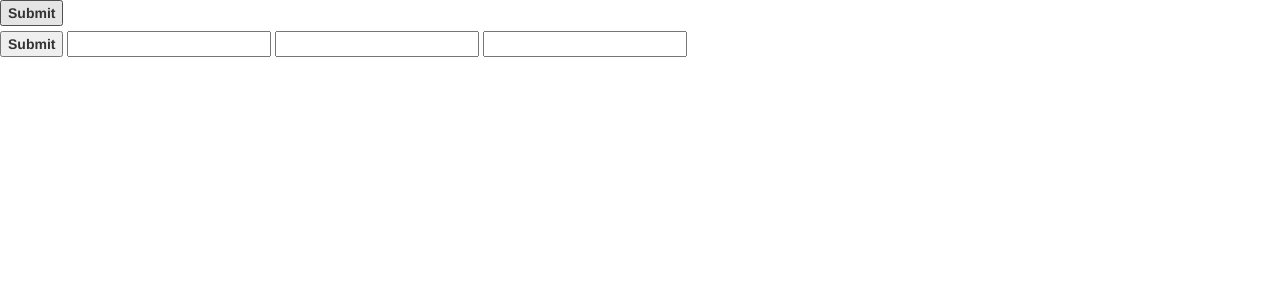
Repository: ManojAndroid/WellcomeToAndroidApp
Page: AddressBook_App/Bootstrap_Project/WebContent/index.html
These files come from the project's save history. The page is drawn as it stood at one moment and after the next save; the edit follows.
The browser window is 1280 px wide. The pictures show the whole page.

Above is the page before, as saved 2017-04-18 11:24:23.
Console error (its wording comes from the project's code and is left out).

After the next save:
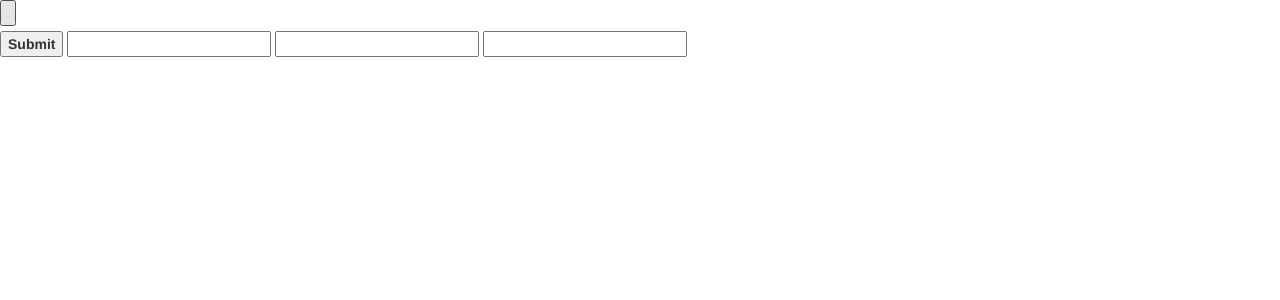
Saved 77 s later.
--- a/AddressBook_App/Bootstrap_Project/WebContent/index.html
+++ b/AddressBook_App/Bootstrap_Project/WebContent/index.html
@@ -19,7 +19,7 @@
 </head>
 <body>
 <form action="">
-<label><input type="submit" class="btn-sucess"></label>
+<label><input type="button" class=""btn btn-success""></label>
 <br/>
 <label><input type="submit"></label>
 <label><input type="AddPerson"></label>
